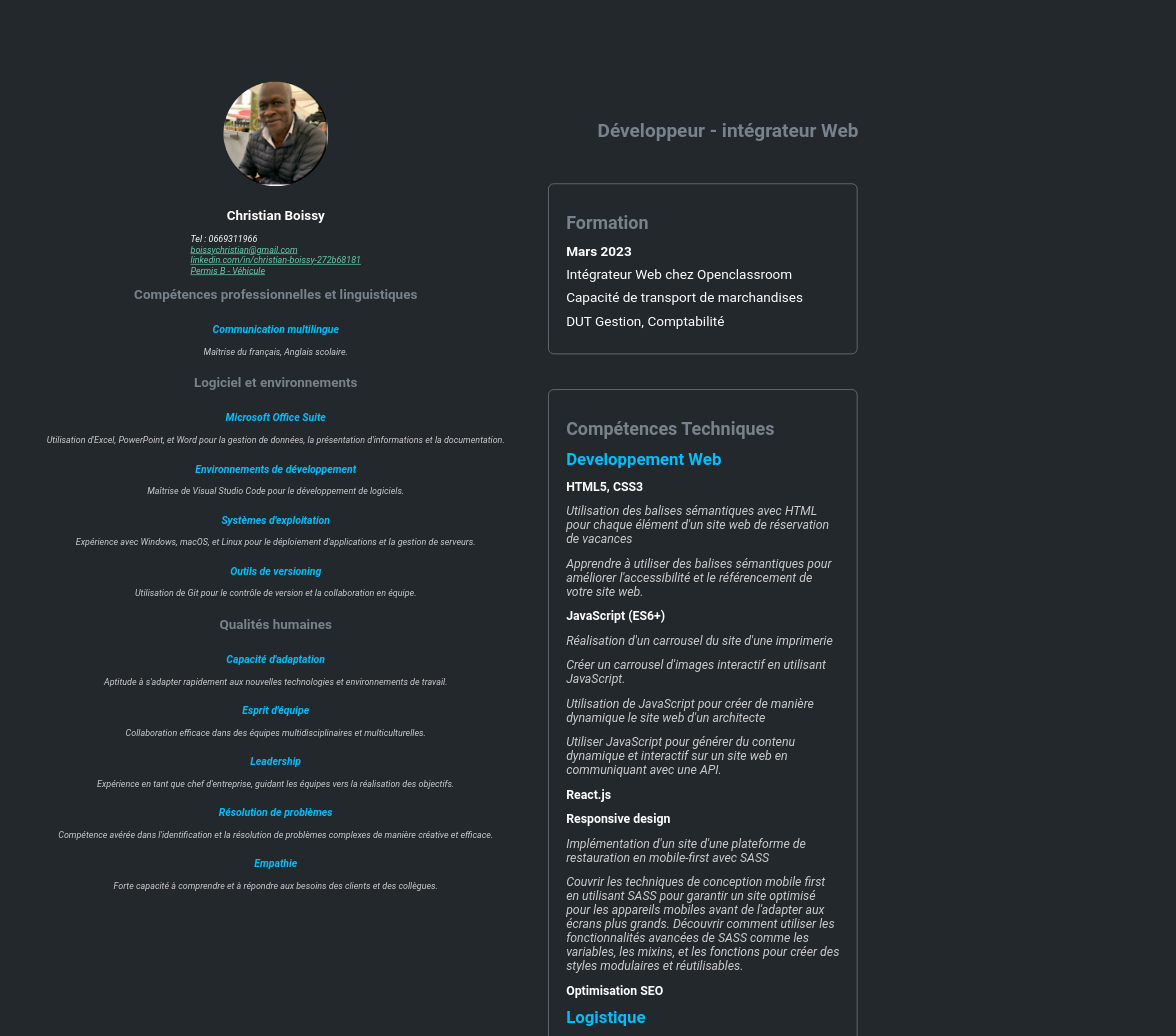
Repository: Christian121966/cv-logistique
Page: /
These files come from the project's save history. The page is drawn as it stood at one moment and after a run of saves; the edit follows.
The browser window is 1280 px wide. The page is 1680 px wide, so the pictures cover 1680 px, including what lies to the right of the window. The pictures show the part of the page from y = 0 to 1480 px (the page is 2704 px tall before and 2737 px after), at 70% of full size.
The project was rebuilt for these pictures with package versions that can differ from the ones it lists, and the page was loaded fresh each time.

Above is the page before, as saved 2024-07-29 01:03:37.

### public/index.html
<!DOCTYPE html>
<html lang="en">
  <head>
    <meta charset="utf-8" />
    <link rel="icon" href="%PUBLIC_URL%/favicon.ico" />
    <meta name="viewport" content="width=device-width, initial-scale=1" />
    <meta name="theme-color" content="#000000" />
    <meta name="description" content="Curriculum Vitae de Christian Boissy, développeur web front-end" />
    <meta name="keywords" content="Christian Boissy, CV, développeur front-end, React, Node.js, JavaScript" />
    <meta name="author" content="Christian Boissy" />

    <!-- Open Graph Meta Tags -->
    <meta property="og:title" content="CV de Christian Boissy" />
    <meta property="og:description" content="Curriculum Vitae de Christian Boissy, développeur web front-end" />
    <meta property="og:image" content="%PUBLIC_URL%/logo192.png" />
    <meta property="og:url" content="https://christian121966.github.io/cv-christian-boissy/" />
    <meta property="og:type" content="website" />

    <!-- Twitter Card Meta Tags -->
    <meta name="twitter:card" content="summary_large_image" />
    <meta name="twitter:title" content="CV de Christian Boissy" />
    <meta name="twitter:description" content="Curriculum Vitae de Christian Boissy, développeur web front-end" />
    <meta name="twitter:image" content="%PUBLIC_URL%/logo192.png" />

    <link rel="apple-touch-icon" href="%PUBLIC_URL%/logo192.png" />
    <link rel="manifest" href="%PUBLIC_URL%/manifest.json" />
    <title>CV-CHRISTIAN-BOISSY</title>

    <!-- Google Analytics -->
    <script async src="https://www.googletagmanager.com/gtag/js?id=G-K4EJ3NRTQS"></script>
    <script>
      window.dataLayer = window.dataLayer || [];
      function gtag(){dataLayer.push(arguments);}
      gtag('js', new Date());
      gtag('config', 'G-K4EJ3NRTQS');
    </script>
  </head>
  <body>
    <noscript>You need to enable JavaScript to run this app.</noscript>
    <div id="root"></div>
    <!--
      This HTML file is a template.
      If you open it directly in the browser, you will see an empty page.

      You can add webfonts, meta tags, or analytics to this file.
      The build step will place the bundled scripts into the <body> tag.

      To begin the development, run `npm start` or `yarn start`.
      To create a production bundle, use `npm run build` or `yarn build`.
    -->
  </body>
</html>

### src/index.js
import React from 'react';
import ReactDOM from 'react-dom/client';
import './index.css';
import App from './App';
import ReactGA from 'react-ga4';

ReactGA.initialize('G-K4EJ3NRTQS', {
  cookieFlags: 'SameSite=None; Secure'
});

ReactGA.send('pageview');

const root = ReactDOM.createRoot(document.getElementById('root'));
root.render(
  <React.StrictMode>
    <App />
  </React.StrictMode>
);

### src/App.js
import React from 'react';
import './App.css';
import Footer from './components/Footer';
import Section from './components/Section';
import Sidebar from './components/Sidebar';
import Formation from './components/Formation';
import CompetencesTechniques from './components/CompetencesTechniques';
import ExperiencesProfessionnelles from './components/ExperiencesProfessionnelles';

function App() {
  return (
    <div className="App">
      <header className="cv-title">
        <h1>Développeur - intégrateur Web</h1>
      </header>
      <div className="container">
        <Sidebar />
        <main>
          <div className="card">
            <Section title="Formation">
              <Formation />
            </Section>
          </div>
          <div className="card">
            <Section title="Compétences Techniques">
              <CompetencesTechniques />
            </Section>
          </div>
          <div className="card">
            <Section title="Expériences Professionnelles">
              <ExperiencesProfessionnelles />
            </Section>
          </div>
        </main>
      </div>
      <Footer />
    </div>
  );
}

export default App;

### src/App.css
@charset "UTF-8";
/* Variables de couleurs */
/* Mixins */
*,
*::before,
*::after {
  box-sizing: border-box;
  margin: 0;
  padding: 0;
}

body {
  background-color: rgb(35, 40, 45);
  color: rgb(255, 255, 255);
  font-family: "Roboto", sans-serif;
  padding: 0;
  margin: 0;
  overflow-x: hidden;
  overflow-y: auto;
}
body header.cv-title {
  display: flex;
  justify-content: center;
  position: relative;
  top: 185px;
  left: 0;
  margin-bottom: 2px;
}
body header.cv-title h1 {
  color: rgb(120, 130, 140);
  font-size: 1em;
}
body .container {
  display: flex;
  flex-direction: column;
  padding: 10px;
}
body .container .container {
  display: flex;
  flex-direction: column;
  padding: 10px;
}
body .container .sidebar {
  width: 100%;
  font-size: 0.8em;
  display: flex;
  flex-direction: column;
  justify-content: center;
  align-items: center;
  padding: 2px;
}
body .container .sidebar h2 {
  font-size: 1.5em;
  text-align: center;
  margin: 15px 0 15px 0;
  color: rgb(120, 130, 140);
}
body .container .sidebar .profile-photo {
  width: 150px;
  height: 150px;
  border-radius: 50%;
  margin-bottom: 30px;
  cursor: pointer;
  transition: width 0.3s ease, height 0.3s ease;
}
body .container .sidebar .profile-photo:hover {
  width: 360px;
  height: 360px;
  border-radius: 50%;
  margin-bottom: 30px;
}
body .container .sidebar address {
  margin-top: 15px;
}
body .container .sidebar address a {
  color: mediumaquamarine;
}
body .container .sidebar ul {
  list-style-type: none;
  text-align: center;
}
body .container .sidebar ul h3 {
  margin: 15px 0 15px 0;
  color: deepskyblue;
}
body .container .sidebar ul li {
  display: flex;
  flex-direction: column;
  margin-bottom: 10px;
  overflow-y: auto;
}
body .container .sidebar ul li li > span {
  display: block; /* Assurez-vous que span est affiché comme bloc */
  text-align: center; /* Exemple de centrage de span */
  color: #777; /* Exemple de couleur de texte */
}
body main {
  margin: 0;
}
body section h2 {
  font-size: 1.2em;
  margin: 15px 0 15px 0;
}
body .card {
  margin: 5px;
  padding: 10px;
  background: rgb(35, 40, 45);
  border: 1px solid rgb(120, 130, 140);
  border-radius: 8px;
}
body .card div, body .card ul {
  font-size: 0.9em;
  list-style-type: none;
  margin-bottom: 10px;
}
body .card h2 {
  color: rgb(120, 130, 140);
}
body .card h3 {
  font-size: 1.1em;
  margin: 15px 0 15px 0;
  color: deepskyblue;
}
body li {
  margin-bottom: 15px;
  font-style: italic;
  color: #ccc;
}
body .li_title {
  font-weight: bold;
  font-style: normal;
  color: #fff;
}
body p {
  font-size: 1em;
}
body footer p {
  font-size: 0.6em;
  display: flex;
  justify-content: center;
  text-align: center;
}

/* Pour les écrans de 320px à 425px */
@media screen and (max-width: 425px) {
  body header.cv-title {
    position: relative;
    top: 190px;
    left: 0;
    margin-bottom: 2px;
    text-align: center;
  }
  body header.cv-title h1 {
    color: rgb(120, 130, 140);
    font-size: 1.2em;
  }
  body .container {
    display: flex;
    flex-direction: column;
    padding: 10px;
  }
  body .sidebar {
    width: 100%;
    font-size: 0.8em;
    display: flex;
    flex-direction: column;
    justify-content: center;
    align-items: center;
    padding: 2px;
  }
  body .sidebar h2 {
    font-size: 1.1em;
    text-align: center;
    margin: 15px 0;
    color: rgb(120, 130, 140);
  }
  body .sidebar .profile-photo {
    width: 150px;
    height: 150px;
    border-radius: 50%;
    margin-bottom: 30px;
  }
  body .sidebar address {
    margin-top: 0;
  }
  body .sidebar address a {
    color: mediumaquamarine;
  }
  body .sidebar ul {
    list-style-type: none;
  }
  body .sidebar ul h3 {
    margin: 15px 0;
    color: deepskyblue;
    text-align: center;
  }
  body .sidebar ul li {
    margin-bottom: 10px;
    text-align: center;
  }
  body .sidebar ul li span {
    display: block;
    color: #ccc;
  }
  body main {
    margin: 0;
    padding: 15px;
  }
  body section h2 {
    font-size: 1.3em;
    margin: 15px 0;
  }
  body .card {
    margin: 10px;
    padding: 12px;
    background: rgb(35, 40, 45);
    border: 1px solid rgb(120, 130, 140);
    border-radius: 8px;
  }
  body .card .formation-date {
    color: #fff;
    font-style: normal;
    font-size: 1.2em;
  }
  body .card div, body .card ul {
    font-size: 0.9em;
    list-style-type: none;
    color: #ccc;
    font-style: italic;
  }
  body .card h3 {
    font-size: 1.2em;
    margin: 15px 0;
    color: deepskyblue;
  }
  body p {
    font-size: 1em;
  }
  body footer p {
    font-size: 0.8em;
    display: flex;
    justify-content: center;
    text-align: center;
    margin: 10px;
  }
}
/* Pour les écrans de 768px et plus */
@media screen and (min-width: 768px) {
  body header.cv-title {
    top: 140px;
    left: 260px;
    margin-bottom: 20px;
  }
  body header.cv-title h1 {
    font-size: 1.5em;
  }
  body .container {
    display: flex;
    flex-direction: row;
    padding: 25px;
  }
  body .sidebar {
    width: 35%;
    font-size: 1.1em;
    padding: 15px;
    display: flex;
    flex-direction: column;
    justify-content: flex-start;
    align-items: center;
    height: 170vh;
  }
  body .sidebar .profile-photo {
    width: 180px;
    height: 180px;
  }
  body .sidebar h2 {
    font-size: 1.3em;
  }
  body main {
    width: 65%;
    padding: 0 25px;
    display: flex;
    flex-direction: column;
    margin-top: 150px;
  }
  body section h2 {
    font-size: 1.5em;
  }
  body .card {
    margin: 20px 0;
    padding: 20px;
    background: rgb(35, 40, 45);
    border: 1px solid rgb(120, 130, 140);
    border-radius: 8px;
  }
  body .card div, body .card ul {
    font-size: 0.9em;
  }
  body .card h3 {
    font-size: 1.4em;
  }
  body p {
    font-size: 0.9em;
  }
  footer {
    display: flex;
    justify-content: center;
    align-items: center;
    margin-top: 20px;
  }
  footer p {
    font-size: 0.8em;
  }
}
/* Pour les écrans de 1024px et plus */
@media screen and (min-width: 1024px) {
  body header.cv-title {
    top: 170px;
    left: 400px;
    margin-bottom: 25px;
    overflow-y: hidden;
    overflow-x: hidden;
  }
  body header.cv-title h1 {
    font-size: 1.7em;
  }
  body .container {
    padding: 30px;
  }
  body .sidebar {
    width: 35%;
    font-size: 1.2em;
    padding: 20px;
  }
  body .sidebar .profile-photo {
    width: 190px;
    height: 190px;
  }
  body .sidebar h2 {
    font-size: 1.4em;
  }
  body section h2 {
    font-size: 1.6em;
  }
  body .card {
    margin: 25px 0;
    padding: 25px;
  }
  body .card div, body .card ul {
    font-size: 1.1em;
  }
  body .card h3 {
    font-size: 1.5em;
  }
  body p {
    font-size: 1em;
  }
}/*# sourceMappingURL=App_20240729003859.css.map */

### src/components/Footer.js
import React from 'react';

const Footer = () => {
  return (
    <footer>
      <p>© 2024 Christian Boissy. Tous droits réservés.</p>
    </footer>
  );
};

export default Footer;

### src/components/Section.js
import React from 'react';

const Section = ({ title, children }) => {
  return (
    <section>
      <h2>{title}</h2>
      {children}
    </section>
  );
};

export default Section;

### src/components/Sidebar.js
import React from 'react';
import ReactGA from 'react-ga4';

function handleEmailClick() {
  ReactGA.event({
    category: 'User',
    action: 'Clicked on Email Link',
    label: 'Email'
  });
}

function handleLinkedInClick() {
  ReactGA.event({
    category: 'User',
    action: 'Clicked on LinkedIn Link',
    label: 'LinkedIn'
  });
}

const Sidebar = () => {
  return (
    <aside className="sidebar">
      <img src={`${process.env.PUBLIC_URL}/images/Chris.png`} alt="Chris" className="profile-photo" />
      <h1>Christian Boissy</h1>
      <address>
        Tel : 0669311966<br />
        <a href="mailto:boissychristian@gmail.com" onClick={handleEmailClick}>boissychristian@gmail.com</a><br />
        <a href="https://linkedin.com/in/christian-boissy-272b68181" target="_blank" rel="noopener noreferrer" onClick={handleLinkedInClick}>
          linkedin.com/in/christian-boissy-272b68181
          <p>Permis B - Véhicule</p>
        </a>
      </address>
      <h2>Compétences professionnelles et linguistiques</h2>
      <ul>
        <li>
          <h3>Communication multilingue</h3>
          <span>Maîtrise du français, Anglais scolaire.</span>
        </li>
      </ul>
      <h2>Logiciel et environnements</h2>
      <ul>
        <li>
          <h3>Microsoft Office Suite</h3>
          <span>Utilisation d'Excel, PowerPoint, et Word pour la gestion de données, la présentation d'informations et la documentation.</span>
        </li>
        <li>
          <h3>Environnements de développement</h3>
          <span>Maîtrise de Visual Studio Code pour le développement de logiciels.</span>
        </li>
        <li>
          <h3>Systèmes d'exploitation</h3>
          <span>Expérience avec Windows, macOS, et Linux pour le déploiement d'applications et la gestion de serveurs.</span>
        </li>
        <li>
          <h3>Outils de versioning</h3>
          <span>Utilisation de Git pour le contrôle de version et la collaboration en équipe.</span>
        </li>
      </ul>
      <h2>Qualités humaines</h2>
      <ul>
        <li>
          <h3>Capacité d'adaptation</h3>
          <span>Aptitude à s'adapter rapidement aux nouvelles technologies et environnements de travail.</span>
        </li>
        <li>
          <h3>Esprit d'équipe</h3>
          <span>Collaboration efficace dans des équipes multidisciplinaires et multiculturelles.</span>
        </li>
        <li>
          <h3>Leadership</h3>
          <span>Expérience en tant que chef d'entreprise, guidant les équipes vers la réalisation des objectifs.</span>
        </li>
        <li>
          <h3>Résolution de problèmes</h3>
          <span>Compétence avérée dans l'identification et la résolution de problèmes complexes de manière créative et efficace.</span>
        </li>
        <li>
          <h3>Empathie</h3>
          <span>Forte capacité à comprendre et à répondre aux besoins des clients et des collègues.</span>
        </li>
      </ul>
    </aside>
  );
};

export default Sidebar;

### src/components/Formation.js
import React from 'react';
import cvData from '../data/cvData';


function Formation() {
  return (
    <>
      {cvData.formation.map((item, index) => (
        <div key={index} className="formation-item">
          <div className="formation-date"><strong>{item.date}</strong></div>
          <div className="formation-title">{item.title}</div>
          {item.details && <div className="formation-details">{item.details}</div>}
        </div>
      ))}
    </>
  );
}

export default Formation;

### src/components/CompetencesTechniques.js
import React from 'react';
import cvData from '../data/cvData';

function CompetencesTechniques() {
  return (
    <>
      <h3>Developpement Web</h3>
      <ul>
        {cvData.competences.developpementWeb.map((item, index) => (
          <li key={index} className={item.title ? 'li_title' : ''}>
            {item.text}
          </li>
        ))}
      </ul>
      <h3>Logistique</h3>
      <ul>
        {cvData.competences.logistique.map((item, index) => (
          <li key={index} className={item.title ? 'li_title' : ''}>
            {item.text}
          </li>
        ))}
      </ul>
    </>
  );
}

export default CompetencesTechniques;

### src/components/ExperiencesProfessionnelles.js
import React from 'react';
import cvData from '../data/cvData';

function ExperiencesProfessionnelles() {
  // Vérifiez que cvData.experiences est défini et qu'il s'agit d'un tableau
  if (!cvData.experiences || !Array.isArray(cvData.experiences)) {
    return <div>Aucune expérience professionnelle disponible.</div>;
  }

  return (
    <div>
      {cvData.experiences.map((exp, index) => (
        <div key={index}>
          <h3>{exp.title}</h3>
          <p>{exp.date}</p>
          {exp.details && exp.details.map((detail, idx) => (
            typeof detail === 'string' ?
              <p key={idx}>{detail}</p> :
              <div key={idx}>
                <strong>{detail.highlight}</strong>
                {detail.list ? <ul>{detail.list.map((item, itemIdx) => <li key={itemIdx}>{item}</li>)}</ul> : <p>{detail.description}</p>}
              </div>
          ))}
          {/* Si exp.details n'est pas défini, affichez un message ou laissez vide */}
          {!exp.details && <p></p>}
        </div>
      ))}
    </div>
  );
}

export default ExperiencesProfessionnelles;

### src/data/cvData.js
const cvData = {
  formation: [
    {
      date: "Mars 2023",
      title: "Intégrateur Web chez Openclassroom",
    },
    {
      title: "Capacité de transport de marchandises",
    },
    {
      title: "DUT Gestion, Comptabilité"
    }
  ],
  competences: {
    developpementWeb: [
      { title: true, text: "HTML5, CSS3" },
      { title: false, text: "Utilisation des balises sémantiques avec HTML pour chaque élément d'un site web de réservation de vacances" },
      { title: false, text: "Apprendre à utiliser des balises sémantiques pour améliorer l'accessibilité et le référencement de votre site web." },
      { title: true, text: "JavaScript (ES6+)" },
      { title: false, text: "Réalisation d'un carrousel du site d'une imprimerie" },
      { title: false, text: "Créer un carrousel d'images interactif en utilisant JavaScript." },
      { title: false, text: "Utilisation de JavaScript pour créer de manière dynamique le site web d'un architecte" },
      { title: false, text: "Utiliser JavaScript pour générer du contenu dynamique et interactif sur un site web en communiquant avec une API." },
      { title: true, text: "React.js" },
      { title: true, text: "Responsive design" },
      { title: false, text: "Implémentation d'un site d'une plateforme de restauration en mobile-first avec SASS" },
      { title: false, text: "Couvrir les techniques de conception mobile first en utilisant SASS pour garantir un site optimisé pour les appareils mobiles avant de l'adapter aux écrans plus grands. Découvrir comment utiliser les fonctionnalités avancées de SASS comme les variables, les mixins, et les fonctions pour créer des styles modulaires et réutilisables." },
      { title: true, text: "Optimisation SEO" }
    ],
    logistique: [
      { title: true, text: "Capacité de transport de marchandises" },
      { title: false, text: "Gestion d'une société de transport de marchandises" },
      { title: false, text: "Gestion de personnel" },
      { title: false, text: "Gestion des stocks" },
      {title: true, text:"Communication" },
      { title: false, text:"Gestion des contacts" },
      { title: false, text:"Gestion du personnel" }
    ]
  },
  experiences: [
    {
      date: "Déc. 2021 - Juin 2022",
      title: "First Stop Sartrouville - Herblay",
      details: [
        { highlight: "Livraison de pneus en Ile de France, gestion des commandes et des stocks" },
      ]
    },
    {
      date: "2007 - 2021",
      title: "Gérant de société de transport - Paris",
      details: [
        { highlight: "Livraison de colis en partenariat avec Colisweb"},
        { highlight: "Livraison avec SVP"},
        { highlight: "Livraison avec CG Courses"}
      ]
    },
    {
      date: "1999 - 2007",
      title: "Cariste gestionnaire de stocks - Rougier Panneaux - Gennevilliers",
      details: [
        { highlight: "Chargement et déchargemement de colis de panneaux de bois"},
        { highlight: "Gestion du stock"},
        { highlight: "Préparation des commandes"}
      ]
    }
  ]
};

export default cvData;

Loaded but not shown: src/index.css (common file)

After the next 4 saves:
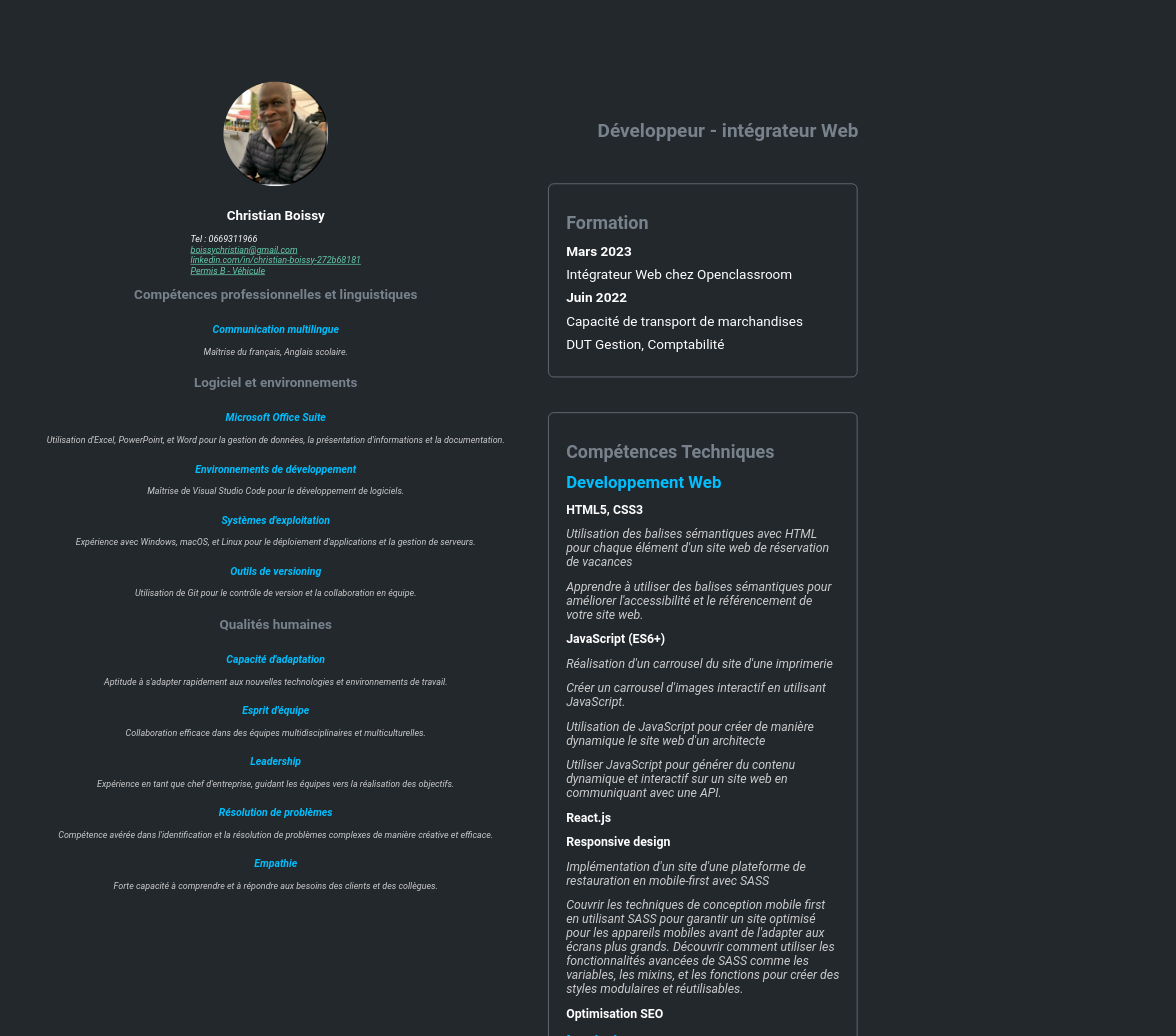
The 4 saves are shown as one change because 1 did not build or start and some came seconds apart.
The last was saved 31 s later.
--- a/src/data/cvData.js
+++ b/src/data/cvData.js
@@ -5,6 +5,7 @@ const cvData = {
       title: "Intégrateur Web chez Openclassroom",
     },
     {
+      date: "Juin 2022",
       title: "Capacité de transport de marchandises",
     },
     {
